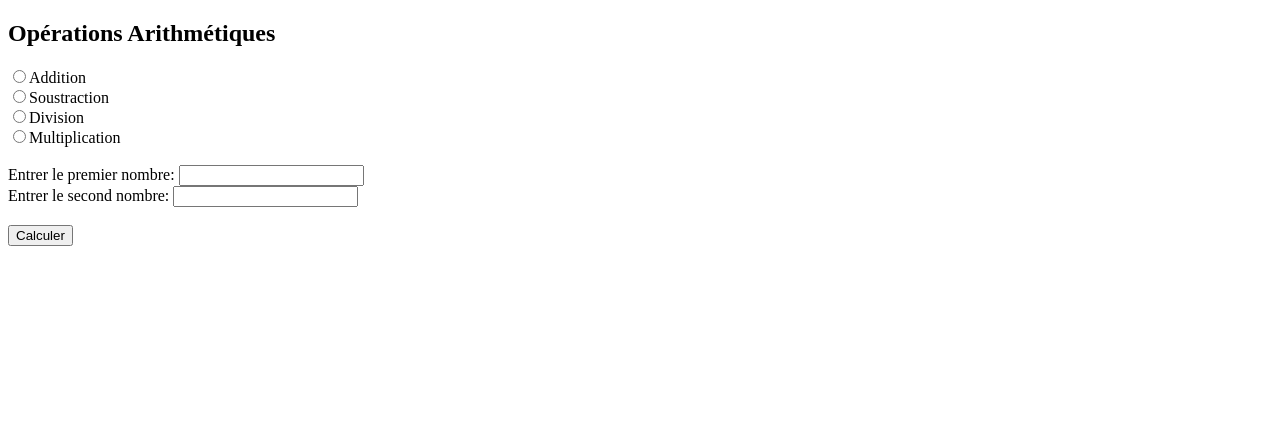
Repository: lemzoo/Formation_JEE
Page: TP_05__JSP_Servlet/src/main/webapp/AcceptInput.html
An editor plug-in stored every save of this project. The page is shown before and after the next save, followed by the edit.
The browser window is 1280 px wide. The pictures show the whole page.

Above is the page before, as saved 2016-06-21 10:08:43.

### TP_05__JSP_Servlet/src/main/webapp/AcceptInput.html
<!DOCTYPE html>
<html>
<head>
<meta charset="UTF-8">
<title>Accept Input HTML</title>
</head>
<body>
	<h2>Opérations Arithmétiques</h2>

	<form method="post" action="calcul">
		<input type="radio" name="operation" value="add">Addition <br> <input
			type="radio" name="operation" value="sub">Soustraction<br> <input
			type="radio" name="operation" value="div">Division<br> <input
			type="radio" name="operation" value="mul">Multiplication<br> <br>

		Entrer le premier nombre: <input type="text" name="num1" value="">
		<br> Entrer le second nombre: <input type="text" name="num2"
			value=""> <br> <br> <input type="Submit"
			value="Calculer">
	</form>

</body>
</html>

After the next save:
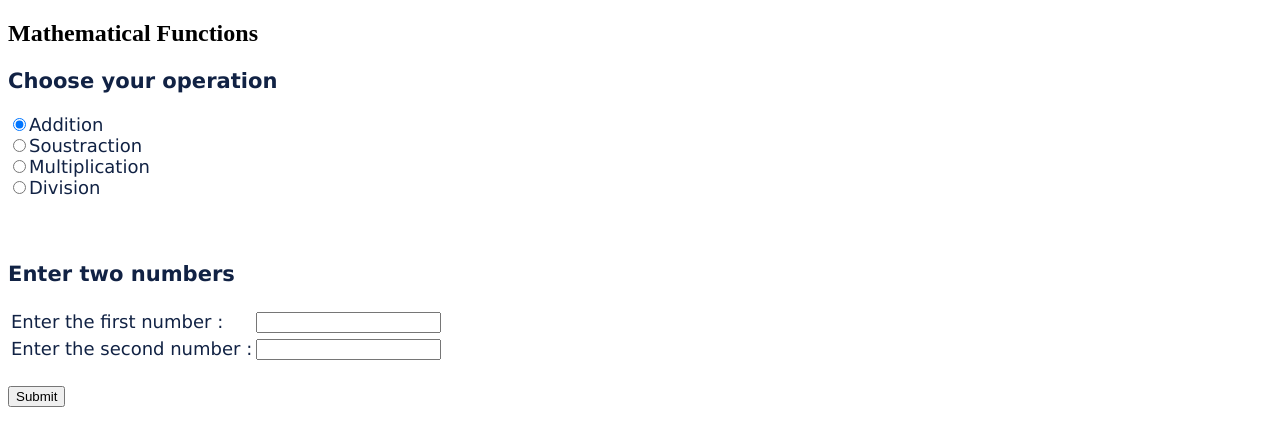
Saved 20 s later.
--- a/TP_05__JSP_Servlet/src/main/webapp/AcceptInput.html
+++ b/TP_05__JSP_Servlet/src/main/webapp/AcceptInput.html
@@ -1,23 +1,41 @@
 <!DOCTYPE html>
 <html>
 <head>
-<meta charset="UTF-8">
-<title>Accept Input HTML</title>
+	<title></title>
 </head>
 <body>
-	<h2>Opérations Arithmétiques</h2>
+	<h2>Mathematical Functions</h2>
+	<font size="4" face="verdana" color="#112244"/>
+	<form method="POST" action="Calculate.jsp">
+		<h3>Choose your operation</h3>
+		<input type="radio" name="operation" value="add" checked="false">Addition</br>
+		<input type="radio" name="operation" value="sub">Soustraction</br>
+		<input type="radio" name="operation" value="mil">Multiplication</br>
+		<input type="radio" name="operation" value="div">Division</br>
+		</br><br>
+		<h3>Enter two numbers</h3>
+		<table>
+			<tr>
+				<td>
+					<label>Enter the first number : </label>
+				</td>
+				<td>
+					<input type="number" name="valeur1" value="">
+				</td>
+			</tr>
 
-	<form method="post" action="calcul">
-		<input type="radio" name="operation" value="add">Addition <br> <input
-			type="radio" name="operation" value="sub">Soustraction<br> <input
-			type="radio" name="operation" value="div">Division<br> <input
-			type="radio" name="operation" value="mul">Multiplication<br> <br>
+			<tr>
+				<td>
+					<label>Enter the second number : </label>
+				</td>
+				<td>
+					<input type="number" name ="valeur2" value="">
+				</td>
+			</tr>
+		</table>
+		<br>
+        <input type="Submit" name="valider">
 
-		Entrer le premier nombre: <input type="text" name="num1" value="">
-		<br> Entrer le second nombre: <input type="text" name="num2"
-			value=""> <br> <br> <input type="Submit"
-			value="Calculer">
 	</form>
-
 </body>
 </html>
